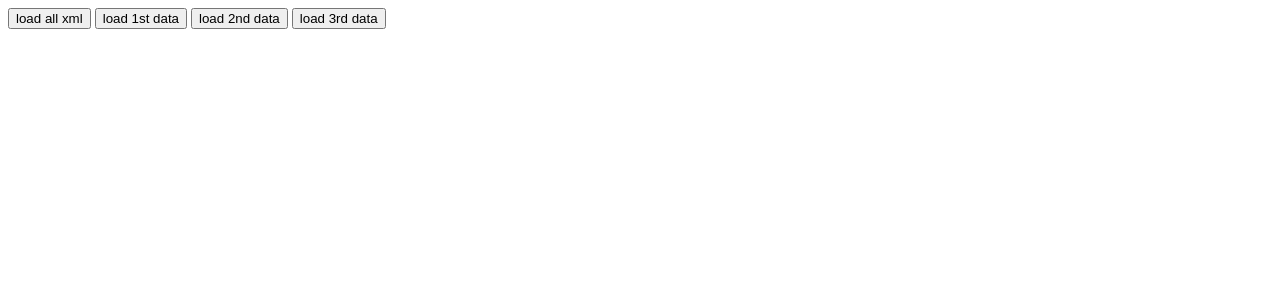
Repository: bluegony/spring_study
Page: jquerytest/src/main/webapp/loadxml.html
An editor plug-in stored every save of this project. The page is shown before and after the next save, followed by the edit.
The browser window is 1280 px wide. The pictures show the whole page.
After loading, the first visible `#loadAll` was clicked once.
Some web libraries are served in a nearby version.

Above is the page before, as saved 2013-09-05 03:21:09.

### jquerytest/src/main/webapp/loadxml.html

<!DOCTYPE html>
<html>
<head>
<meta charset="UTF-8">


<title>load xml</title>
</head>
<body>

	<form name="form1">

		<input type="button" id="loadAll" value="load all xml" /> <input
			type="button" id="loadxml1" value="load 1st data" /> <input
			type="button" id="loadxml2" value="load 2nd data" /> <input
			type="button" id="loadxml3" value="load 3rd data" />

	</form>
	<div id="disp"></div>

<table border="1" style="display:none"">
  <tr>
    <th>id</th>
    <th>realname</th>
    <th>username</th>
  </tr>
</table>

</body>

<style type="text/css">
<!--
img {
	max-width: 80%;
	max-height: 80%;
}
-->
</style>
<script type="text/javascript"
	src="http://code.jquery.com/jquery-1.6.4.min.js"></script>
<script type="text/javascript">
	$(function() {
		$(':button').click(function() {

			$.ajax({
				url:'members.xml',
				dataType:'xml',
				success:function (xml){
					parseXml(xml);
				}
			})

		})
	});
	function parseXml(xml){
		$("person", xml).each(function(){
			var id, realname, username;
			id=$("id",this).text();
			realname=$("realname",this).text();
			username=$("username",this).text();
			//$('#disp').append("<p>" + id + ":"+realname+":"+username+"</p>");
			p = "<tr><td>" + id + "</td><td>"+realname+"</td><td>"+username+"</td></tr>";
			$(p).appendTo('table');
		});

	}
</script>

After the next save:
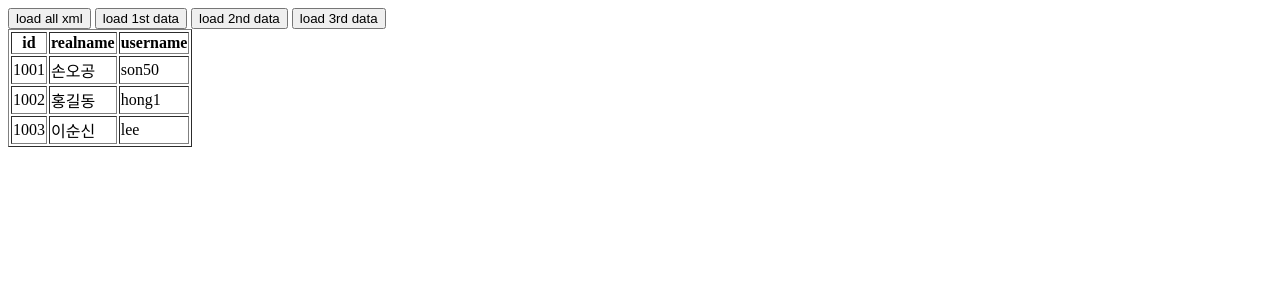
Saved 43 s later.
--- a/jquerytest/src/main/webapp/loadxml.html
+++ b/jquerytest/src/main/webapp/loadxml.html
@@ -43,6 +43,7 @@ img {
 	$(function() {
 		$(':button').click(function() {
 
+
 			$.ajax({
 				url:'members.xml',
 				dataType:'xml',
@@ -50,6 +51,7 @@ img {
 					parseXml(xml);
 				}
 			})
+			$('table').show();
 
 		})
 	});
